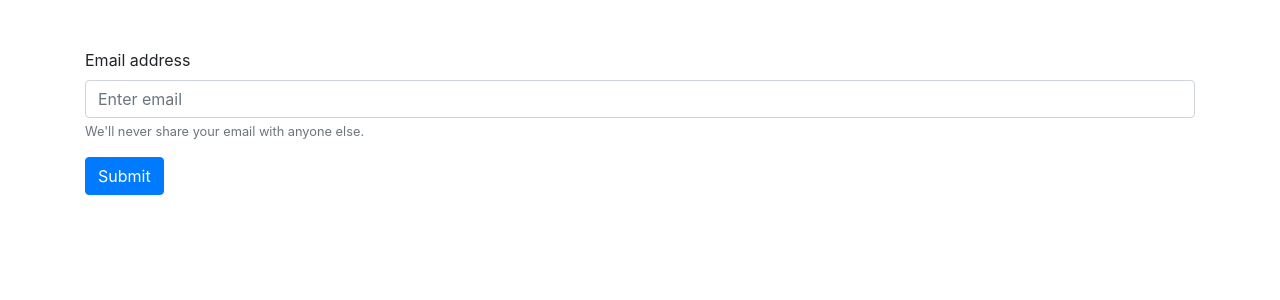
Repository: parvaizsajad/SpringFrameWork
Page: http://localhost/com.spring.mvc/form
These files come from the project's save history. The page is drawn as it stood at one moment and after the next save; the edit follows.
The browser window is 1280 px wide. The pictures show the whole page.
Some web libraries are served in a nearby version. The page is served by Tomcat 9.

Above is the page before, as saved 2021-09-09 17:13:58.

After the next save:
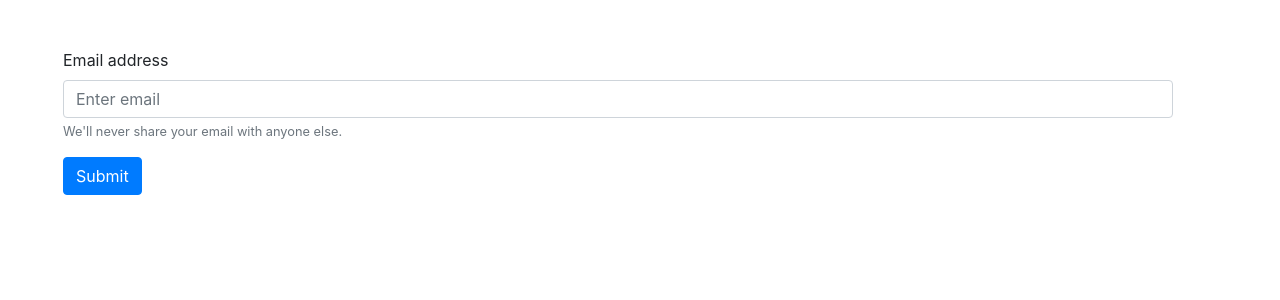
Saved 5 s later.
--- a/com.spring.mvc/src/main/webapp/WEB-INF/views/form.jsp
+++ b/com.spring.mvc/src/main/webapp/WEB-INF/views/form.jsp
@@ -15,7 +15,7 @@
   <body>
    <!-- form -->
 
-   <form class="container mt-5">
+   <form class="container m-5">
   <div class="form-group">
     <label for="exampleInputEmail1">Email address</label>
     <input type="email" class="form-control" id="exampleInputEmail1" aria-describedby="emailHelp" placeholder="Enter email">
